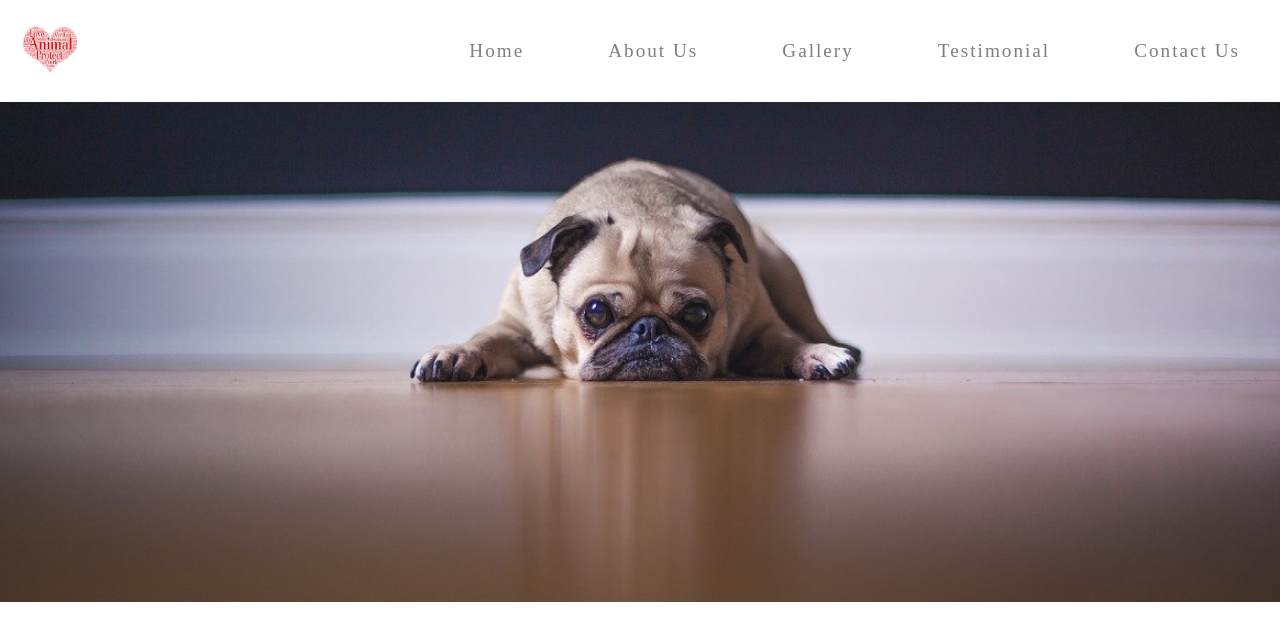
Repository: 4forces/HTML-CSS-LESSON
Page: lesson5-mobile-responsive/mobile.html
The author's editor kept a record of every edit. The page is drawn from the files as they stood at one moment, then again after the next edit.
The browser window is 1280 px wide. The pictures show the whole page.
Some web libraries are served in a nearby version.

Above is the page before.

### lesson5-mobile-responsive/mobile.html
<!DOCTYPE html>
<html lang="en">
<head>
    <meta charset="UTF-8">
    <meta name="viewport" content="width=device-width, initial-scale=1.0">
    <meta http-equiv="X-UA-Compatible" content="ie=edge">
    <!--Custom CSS-->
    <link rel="stylesheet" href="styles/mobile.css" type="text/css" />
    <title>Document</title>
</head>
<body>
    <!--navbar-->
    <header>
        <nav>
            <!--logo-->
            <img id='logo' src='images/logo.png' />
            <i class="fas fa-bars collapse"></i>
            <ul>
                <li><a href=''>Home</a></li>
                <li><a href=''>About Us</a></li>
                <li><a href=''>Gallery</a></li>
                <li><a href=''>Testimonial</a></li>
                <li><a href=''>Contact Us</a></li>
            </ul>
        </nav>
    </header>

    <!--hero image-->
    <section id='hero-outer'>
        <div id='hero-image'>

        </div>
        <div id='callout'>
            <h1>ADOPT A PET NOW!</h1>
            <p>Help us save a pet's life by adopting them! They need you!</p>
        </div>
    </section>
    <script type="text/javascript" src="https://cdnjs.cloudflare.com/ajax/libs/font-awesome/5.13.1/js/all.min.js"></script>
</body>
</html>

### lesson5-mobile-responsive/styles/mobile.css
/*screen size 0 - 375px small phone width*/
body {
    margin : 0;
    padding:0;
}
/*navbar*/
#logo {
    height:50px;
    margin-left:10px;
}
.collapse{
    font-size: 2em;
    margin-right:10px;
}
nav {
    display: flex;
    justify-content:space-between;
    background : transparent;
    margin : 0;
    padding : 10px 0;
}
nav ul {
    display: none;
}

/*hero-image*/
#hero-outer{
    height: 500px;
    width: 100%;
    overflow: hidden;
    position: relative;
}
#hero-image{
    height: 500px;
    background-image: url(../images/abandon-pup.jpg);
    background-repeat: no-repeat;
    background-size: cover;
    background-position: top;

    animation-name: zoom;
    animation-duration: 2s;
    animation-fill-mode: forwards;

    /*display: flex;*/
    /*justify-content:center;*/
    /*align-items:flex-end;*/
}
@keyframes zoom {
    from {transform: scale(1)}
    to {transform: scale(1.1)}
}
#callout {
    color: white;
    background-color: black;
    margin-bottom: 50px;
    /*position : absolute;*/
    /*bottom: 50px;*/
    /*left:20px;*/
    padding: 0 15px;
}


/*size 768px to any size bigger*/
@media only screen and (min-width:768px) {
    /*body {*/
    /*    background-color: #e0edcc;*/
    /*}*/
    #hero-image{
        height: 500px;
        /*background-image: url(../images/sad-dog.jpg);*/
    }
}

/*size 900px or bigger*/
@media only screen and (min-width:900px) {
    /*body {*/
    /*    background-color: #ede9d8;*/
    /*}*/
    #logo {
        padding:15px 10px ;
    }
    .collapse{
        display:none;
    }
    nav ul {
        display: block;
        margin: 0;
    }
    nav li {
        display:inline-block;
        margin : 20px;
        padding : 10px 20px;
    }
    nav li a {
        text-decoration : none;
        color : #827d79;
        font-size: 120%;
        letter-spacing: 2px;
    }
    #hero-image{
        height: 800px;
    }
}
/*size 1200px and bigger*/
@media only screen and (min-width:1200px) {
    /*body {*/
    /*    background-color: #eddad8;*/
    /*}*/
}

After the next edit:
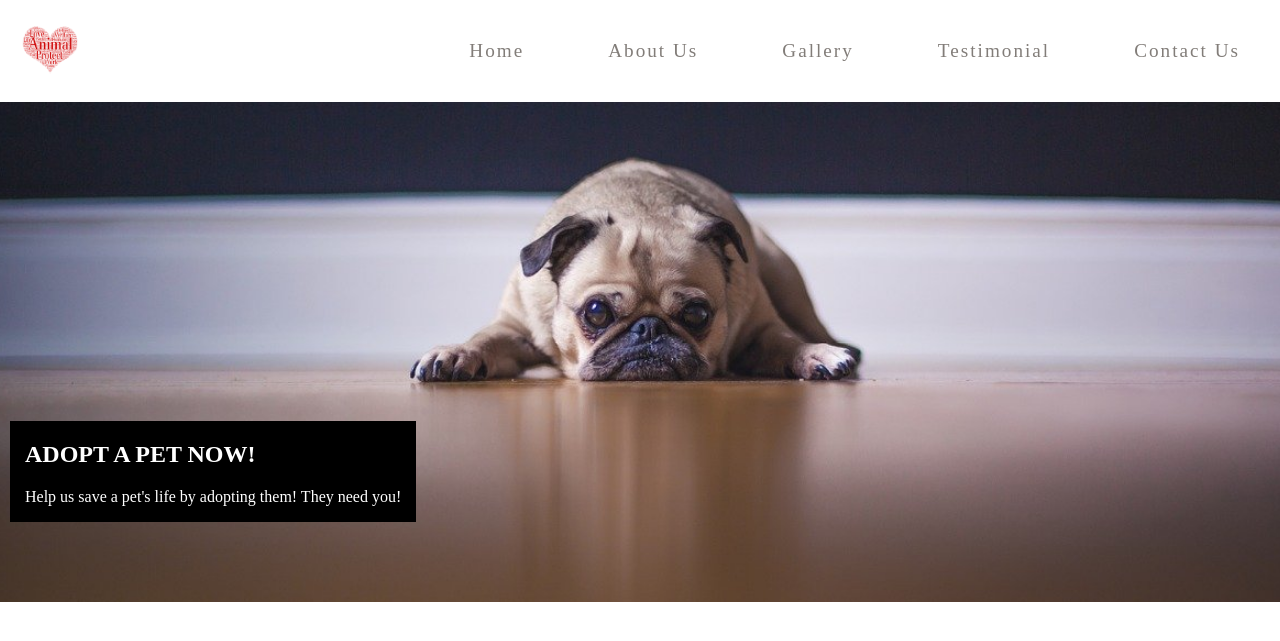
The edit:
--- a/lesson5-mobile-responsive/styles/mobile.css
+++ b/lesson5-mobile-responsive/styles/mobile.css
@@ -53,9 +53,9 @@
     color: white;
     background-color: black;
     margin-bottom: 50px;
-    /*position : absolute;*/
-    /*bottom: 50px;*/
-    /*left:20px;*/
+    position : absolute;
+    bottom: 30px;
+    left:10px;
     padding: 0 15px;
 }
 
